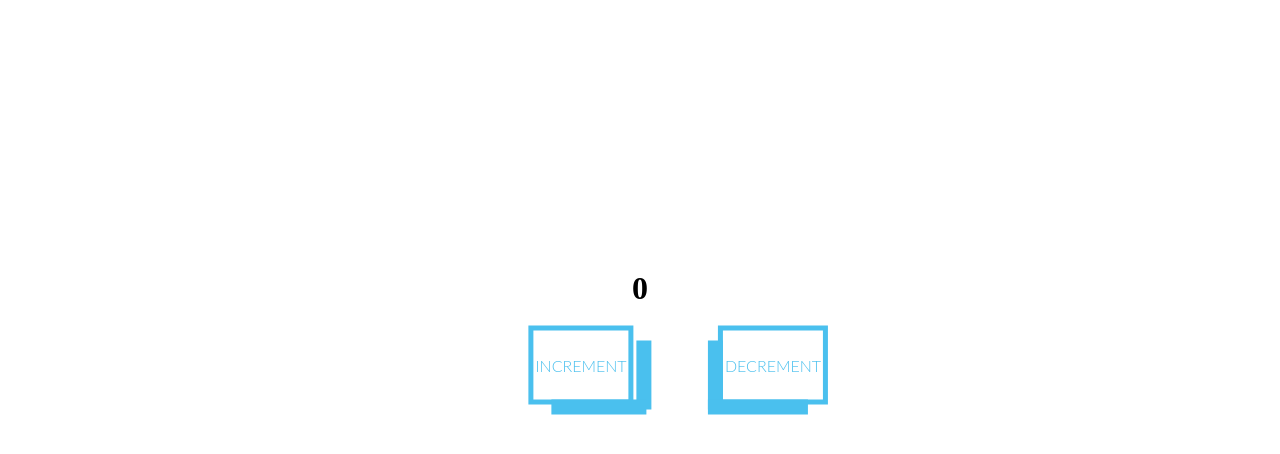
Repository: Ellisvelandia/react_introduction_test
Page: /
These files come from the project's save history. The page is drawn as it stood at one moment and after a run of saves; the edit follows.
The browser window is 1280 px wide. The pictures show the whole page.
The project was rebuilt for these pictures with package versions that can differ from the ones it lists, and the page was loaded fresh each time. Also part of the build but not shown: src/index.css.

Above is the page before, as saved 2022-08-15 20:13:27.

### src/App.js
import "./App.scss";
import React, { useState } from "react";

const App = () => {
  const [num, changeNum] = useState(0);

  const incrementNum = () => {
    changeNum(num + 2);
  };

  const decrementNum = () => {
    if (num - 1 < 0) {
      alert(`you can't decrease than 0`);
    } else {
      changeNum(num - 2);
    }
  };

  return (
    <>
      <div className="container">
        <h1>{num}</h1>
        <button className="button_I" onClick={incrementNum}>Increment</button>
        <button className="button_D" onClick={decrementNum}>Decrement</button>
      </div>
    </>
  );
};

export default App;

### src/App.scss
* {
  margin: 0;
  padding: 0;
  box-sizing: border-box;
}

body {
  width: 100%;
  height: 100vh;
  display: flex;
  justify-content: center;
  align-items: center;
  flex-direction: column;
}

.container {
  align-self: center;
}

h1 {
  position: absolute;
  left: 50%;
  top: 40%;
  transform: translateX(-50%) translateY(-50%);
}

button {
  font-size: 1rem;
  margin: 5px;
  font-family: "Lato", sans-serif;
  font-weight: 300;
}


.button_I {
  position: absolute;
  left: 45%;
  top: 50%;
  transform: translateX(-50%) translateY(-50%);

  background: #fff;
  max-width: 120px;
  padding: 25px 2px;

  border: 5px solid #4ac0ee;
  color: #4ac0ee;
  text-transform: uppercase;
  text-align: center;

  z-index: 2;
  transition: all 0.15s 0.15s ease-out;

  &:after,
  &:before {
    position: absolute;
    width: 100%;
    max-width: 100%;
    top: 100%;
    left: 0;
    bottom: -10px;
    content: "";
    z-index: 1;
    transition: all 0.15s 0.15s ease-out;
  }

  &:before {
    background: #4ac0ee;
    top: 10px;
    left: 103px;
    height: 100%;
    width: 15px;
  }

  &:after {
    width: 100%;
    background: #4ac0ee;
    right: 0px;
    left: 18px;
    height: 15px;
  }

  &:hover {
    background: #4ac0ee;
    color: #fff;
    margin-left: -7.5px;
    margin-bottom: -7.5px;

    &:after,
    &:before {
      top: 100%;
      left: 0;
      bottom: 0px;
    }

    &:before {
      top: 0px;
      left: 0px;
      width: 0px;
    }

    &:after {
      right: 0px;
      left: 0px;
      height: 0px;
    }
  }
}



.button_D {
  position: absolute;
  left: 60%;
  top: 50%;
  transform: translateX(-50%) translateY(-50%);

  background: #fff;
  max-width: 120px;
  padding: 25px 2px;

  border: 5px solid #4ac0ee;
  color: #4ac0ee;
  text-transform: uppercase;
  text-align: center;

  z-index: 2;
  transition: all 0.15s 0.15s ease-out;

  &:after,
  &:before {
    position: absolute;
    width: 100%;
    max-width: 100%;
    top: 100%;
    left: 0;
    bottom: -10px;
    content: "";
    z-index: 1;
    transition: all 0.15s 0.15s ease-out;
  }

  &:before {
    background: #4ac0ee;
    top: 10px;
    left: -15px;
    height: 100%;
    width: 15px;
  }

  &:after {
    width: 100%;
    background: #4ac0ee;
    right: 0px;
    left: -15px;
    height: 15px;
  }

  &:hover {
    background: #4ac0ee;
    color: #fff;
    margin-left: -7.5px;
    margin-bottom: -7.5px;

    &:after,
    &:before {
      top: 100%;
      left: 0;
      bottom: 0px;
    }

    &:before {
      top: 0px;
      left: 0px;
      width: 0px;
    }

    &:after {
      right: 0px;
      left: 0px;
      height: 0px;
    }
  }
}

Loaded but not shown: public/index.html (common file); src/index.js (common file); src/reportWebVitals.js (common file)

After the next 2 saves:
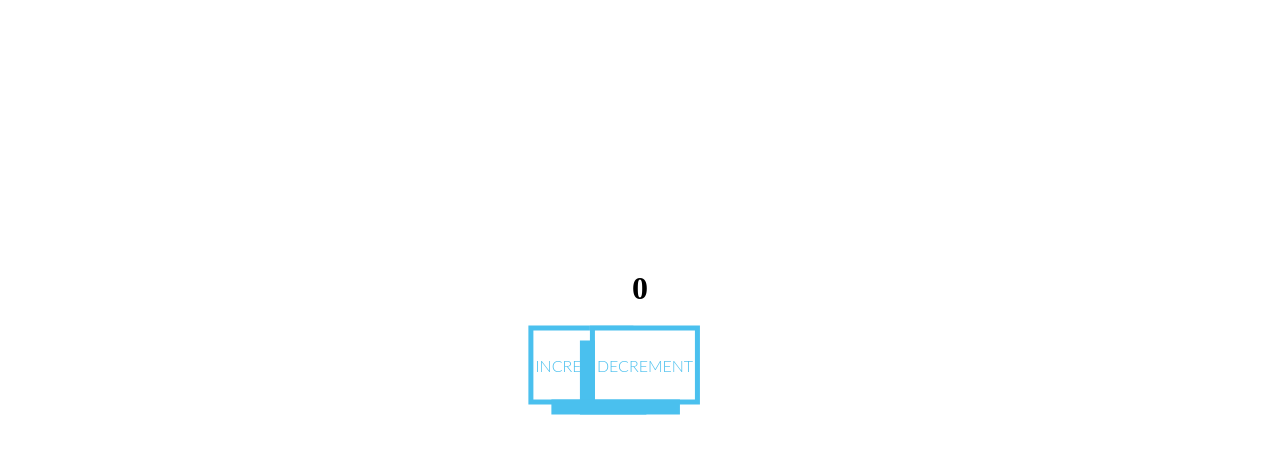
The 2 saves are shown as one change because they came seconds apart.
The last was saved 12 s later.
--- a/src/App.scss
+++ b/src/App.scss
@@ -110,7 +110,7 @@ button {
 
 .button_D {
   position: absolute;
-  left: 60%;
+  left: 50%;
   top: 50%;
   transform: translateX(-50%) translateY(-50%);
 
